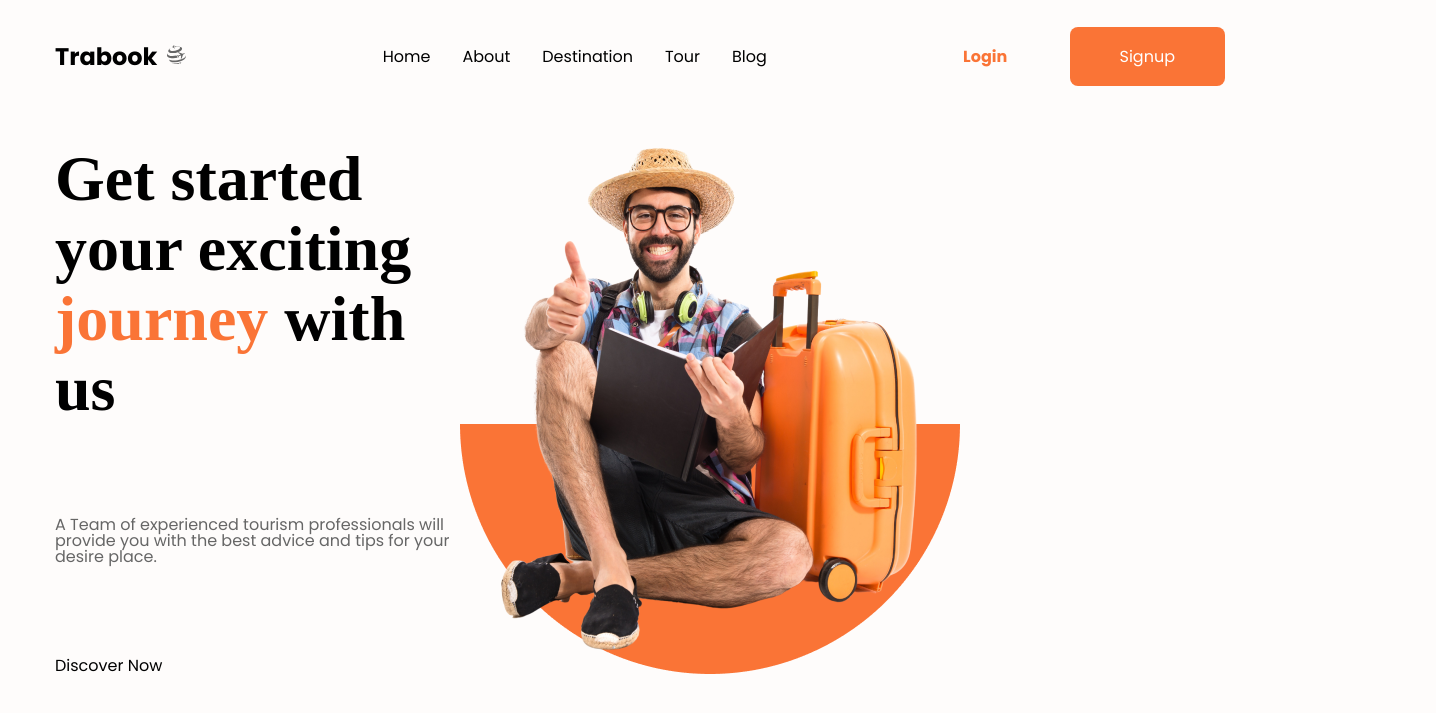
Repository: phobo99/phobo99.github.io
Page: Trabook/index.html
An editor plug-in stored every save of this project. The page is shown before and after the next save, followed by the edit.
The browser window is 1280 px wide. The page is 1436 px wide, so the pictures cover 1436 px, including what lies to the right of the window. The pictures show the whole page.
Some web libraries are served in a nearby version. The style sheet was rebuilt from its Sass, Less or Tailwind sources for each picture, by a compiler version that may differ from the author's.

Above is the page before, as saved 2022-06-18 22:18:48.

After the next save:
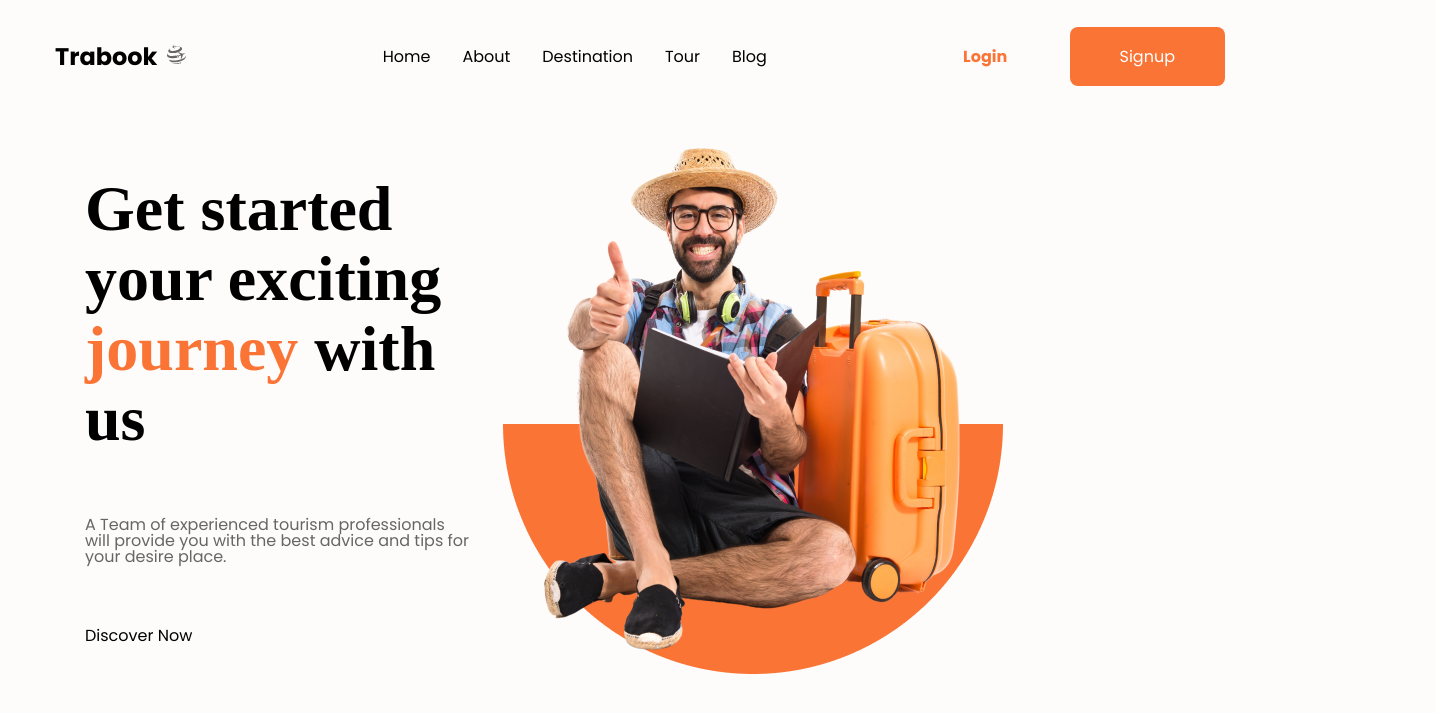
Saved 14 s later.
--- a/Trabook/style.scss
+++ b/Trabook/style.scss
@@ -107,6 +107,7 @@ h1 {
       .content-left {
         @include flexbox(stretch, space-between, column);
         @include size(486px, auto);
+        margin: 30px;
         .header-content {
           font-size: 64px;
           font-weight: 700;
